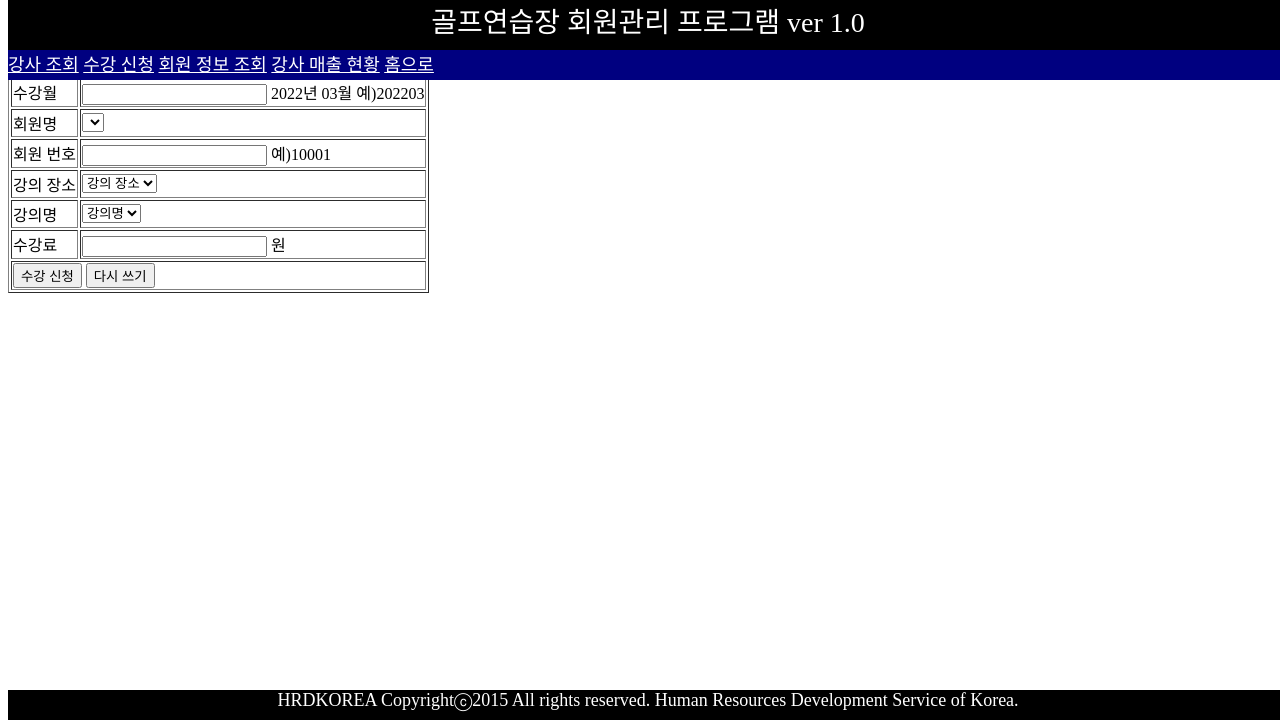
Repository: wwwxsv19/HRDkorea
Page: http://localhost/golf/insert.jsp
The author's editor kept a copy of each file at every save. The page is drawn from the files as they stood at one save, then again after the next save.
The browser window is 1280 px wide. The pictures show the whole page.
The page is served by Tomcat 9. Queries for data that is not in the repository find no rows.

Above is the page before, as saved 2024-06-25 08:29:46.

### golf/golf/src/main/webapp/insert.jsp
<%@ include file="db.jsp" %>
<%@ page language="java" contentType="text/html; charset=UTF-8"
    pageEncoding="UTF-8"%>
<!DOCTYPE html>
<html>
<head>
	<meta charset="UTF-8">
	<title>insert</title>
	<link rel="stylesheet" href="style.css">
</head>
<body>
<script type="text/javascript" src="check.js"></script>
<jsp:include page="header.jsp"></jsp:include>
<section>
	<h1>수강 신청</h1>
	<form name="frm" action="action.jsp" method="get">
		<table border=1>
			<tr>
				<td>수강월</td>
				<td>
					<input type="text" name="month"> 2022년 03월 예)202203
				</td>
			</tr>
			<tr>
				<td>회원명</td>
				<td>
					<select name="mname" onchange="setNo(this.value)">
						<%
						request.setCharacterEncoding("UTF-8");
						try {
							PreparedStatement pstmt = conn.prepareStatement("select mno, mname from member");
							ResultSet rs = pstmt.executeQuery();
							while(rs.next()) {
								%>
								<option value="<%= rs.getString(1) %>"><%= rs.getString(2) %></option>
								<%
							}
						} catch(Exception e) {
							e.printStackTrace();
						}
						%>
					</select>
				</td>
			</tr>
			<tr>
				<td>회원 번호</td>
				<td>
					<input type="text" id="mno" name="mno" readonly> 예)10001
				</td>
			</tr>
			<tr>
				<td>강의 장소</td>
				<td>
					<select name="area">
						<option value="">강의 장소</option>
						<option value="서울본원">서울본원</option>
						<option value="성남분원">성남분원</option>
						<option value="대전분원">대전분원</option>
						<option value="부산분원">부산분원</option>
						<option value="대구분원">대구분원</option>
					</select>
				</td>
			</tr>
			<tr>
				<td>강의명</td>
				<td>
					<select name="code" onchange="setCost(this.value)">
						<option value="">강의명</option>
						<option value="100">초급반</option>
						<option value="200">중급반</option>
						<option value="300">고급반</option>
						<option value="400">심화반</option>
					</select>
				</td>
			</tr>
			<tr>
				<td>수강료</td>
				<td>
					<input type="text" id="cost" name="cost" readonly> 원
				</td>
			</tr>
			<tr>
				<td colspan=2>
					<input type="button" value="수강 신청" onclick="check()">
					<input type="button" value="다시 쓰기" onclick="res()">
				</td>
			</tr>
		</table>
	</form>
</section>
<jsp:include page="footer.jsp"></jsp:include>
</body>
</html>

### golf/golf/src/main/webapp/db.jsp
<%@ page import="java.sql.*" %>
<%@ page language="java" contentType="text/html; charset=UTF-8"
    pageEncoding="UTF-8"%>
<%

Class.forName("oracle.jdbc.OracleDriver");
Connection conn = DriverManager.getConnection(
		"jdbc:oracle:thin:@//localhost:1521/xe", "system", "1234");

%>

### golf/golf/src/main/webapp/header.jsp
<%@ include file="db.jsp" %>
<%@ page language="java" contentType="text/html; charset=UTF-8"
    pageEncoding="UTF-8"%>
<!DOCTYPE html>
<html>
<head>
	<meta charset="UTF-8">
</head>
<body>
<header>골프연습장 회원관리 프로그램 ver 1.0</header>
<nav>
	<a href="list.jsp">강사 조회</a>
	<a href="insert.jsp">수강 신청</a>
	<a href="info.jsp">회원 정보 조회</a>
	<a href="money.jsp">강사 매출 현황</a>
	<a href="index.jsp">홈으로</a>
</nav>
</body>
</html>

### golf/golf/src/main/webapp/footer.jsp
<%@ include file="db.jsp" %>
<%@ page language="java" contentType="text/html; charset=UTF-8"
    pageEncoding="UTF-8"%>
<!DOCTYPE html>
<html>
<head>
	<meta charset="UTF-8">
</head>
<body>
<footer>HRDKOREA Copyrightⓒ2015 All rights reserved. Human Resources Development Service of Korea.</footer>
</body>
</html>

### golf/golf/src/main/webapp/style.css
header {
	position : fixed; top : 0px;
	width : 100%; height : 50px;
	background-color : black; color : white;
	text-align : center; font-size : 28px;
}

nav {
	position : fixed; top : 50px;
	width : 100%; height : 30px;
	background-color : navy; font-size : 18px;
}

nav > a {
	color : white;
	font-
}

header {
	position : fixed; top : 0px;
	width : 100%; height : 50px;
	background-color : black; color : white;
	text-align : center; font-size : 28px;
}

footer {
	position : fixed; bottom : 0px;
	width : 100%; height : 30px;
	background-color : black; color : white;
	text-align : center; font-size : 18px;
}

### golf/golf/src/main/webapp/check.js
function check() {
	if(frm.month.value.length == 0) {
		alert("수강월이 입력되지 않았습니다!");
		frm.month.focus();
		return false;
	}

	if(frm.mname.value.length == 0) {
		alert("회원명이 선택되지 않았습니다!");
		frm.mname.focus();
		return false;
	}

	if(frm.area.value.length == 0) {
		alert("강의 장소가 선택되지 않았습니다!");
		frm.area.focus();
		return false;
	}

	if(frm.code.value.length == 0) {
		alert("강의명이 선택되지 않았습니다!");
		frm.code.focus();
		return false;
	}

	alert("수강 신청이 정상적으로 완료되었습니다!");
	document.frm.submit();
	return true;
}

function res() {
	alert("정보를 지우고 처음부터 다시 입력합니다!");
	document.frm.reset();
}

var a;

function setNo(mname) {
	document.getElementById("mno").value = mname;
	a = mname;
}

function setCost(code) {
	if(a >= 20000) {
		document.getElementById("cost").value = (code*1000)/2;
	} else {
		document.getElementById("cost").value = (code*1000);
	}
}

After the next save:
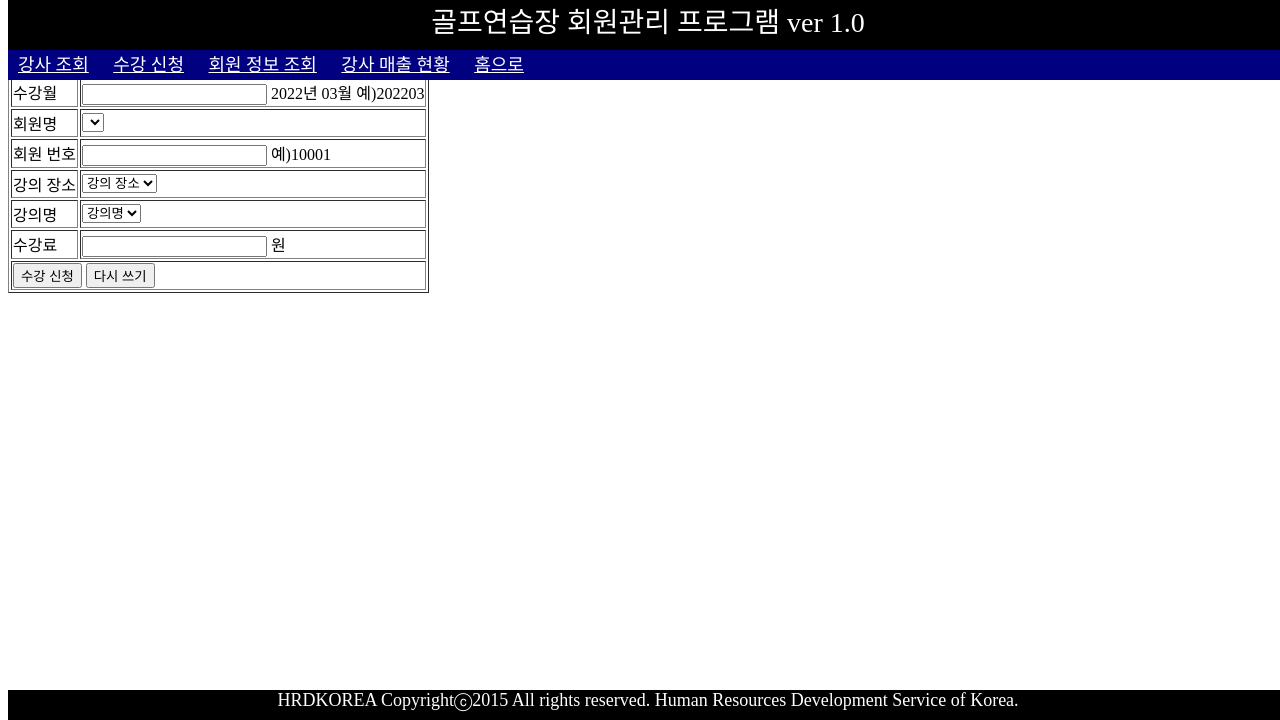
Saved 11 s later.
--- a/golf/golf/src/main/webapp/style.css
+++ b/golf/golf/src/main/webapp/style.css
@@ -12,8 +12,8 @@
 }
 
 nav > a {
+	padding : 0px 10px;
 	color : white;
-	font-
 }
 
 header {
